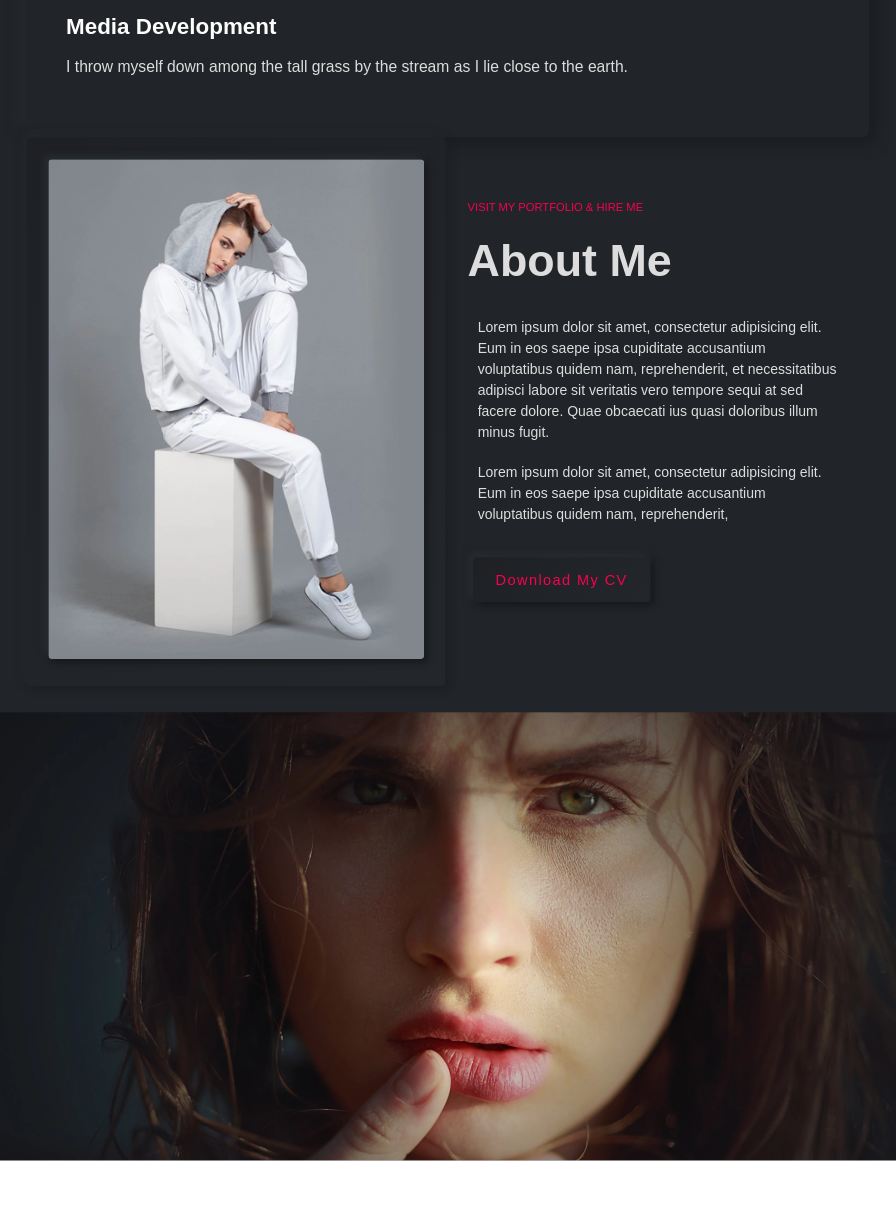
Repository: arminprogramme/inbio
Page: /
The author's editor kept a copy of each file at every save. The page is drawn from the files as they stood at one save, then again after the next save.
The browser window is 1280 px wide. The pictures show the part of the page from y = 1712 to 3632 px (the page is 3449 px tall before and 3632 px after), at 70% of full size.
Backgrounds fixed to the window are drawn as part of the page. Some web libraries are served in a nearby version. The project was rebuilt for these pictures with package versions that can differ from the ones it lists, and the page was loaded fresh each time. Also part of the build but not shown: vite.config.js.

Above is the page before, as saved 2023-10-20 04:42:35.

### index.html
<!doctype html>
<html lang="en">

<head>
    <meta charset="UTF-8" />
    <link rel="icon" type="image/svg+xml" href="/vite.svg" />
    <link rel="stylesheet" href="https://cdnjs.cloudflare.com/ajax/libs/font-awesome/4.7.0/css/font-awesome.min.css">
    <link href="https://cdnjs.cloudflare.com/ajax/libs/flowbite/1.8.1/flowbite.min.css" rel="stylesheet" />
    <meta name="viewport" content="width=device-width, initial-scale=1.0" />
    <title>Vite + React</title>
</head>

<body>
    <div id="root"></div>
    <script src="https://cdnjs.cloudflare.com/ajax/libs/flowbite/1.8.1/flowbite.min.js"></script>
    <script type="module" src="/src/main.jsx"></script>
</body>

</html>

### src/App.jsx
import   { Component } from 'react';
import LandingPage from './Component/LandingPage.jsx'
import './App.css'

class App extends Component {


  render() {
    return (
    <div>
      <LandingPage />
    </div>
    );
  }


}

export default App;

### src/index.css
:root {
    font-family: Inter, system-ui, Avenir, Helvetica, Arial, sans-serif;
}

a {
    font-weight: 500;
    color: #646cff;
    text-decoration: inherit;
}

* {
    padding: 0;
    margin: 0;
    box-sizing: border-box;
}

@tailwind base;
@tailwind components;
@tailwind utilities;
a:hover {
    color: #535bf2;
}

body {
    margin: 0;
    font-family: 'Vazir', sans-serif;
}

h1 {
    font-size: 3.2em;
    line-height: 1.1;
}

@media (prefers-color-scheme: light) {
     :root {
        color: #213547;
        background-color: #ffffff;
    }
    a:hover {
        color: #747bff;
    }
    button {
        background-color: #f9f9f9;
    }
}

### src/Component/LandingPage.jsx
import  { Component } from 'react';
import Header from './Header/Header.jsx'
import Body from './Body/Body.jsx'
//import Footer from './Footer/Footer.jsx'
class LandingPage extends Component {
    render() {
        return (
            <div>
                <Header/>
                <Body/>

            </div>
        );
    }
}

export default LandingPage;

### src/Component/Header/Header.jsx
import  { Component } from 'react';
import NavBar from './Navbar.jsx'
import './Header.css'
class Header extends Component {
    render() {
        return (
            <div>
                <NavBar/>
                <div className="banner-header text-center">
                    <h1 className='font-bold text-white'>KRISTINA SOMOLYER</h1>
                    <p>American Supermodel & Entrepreneur</p>
                </div>
            </div>
        );
    }
}

export default Header;

### src/Component/Body/Body.jsx
import  { Component } from 'react';
import Services from './Services/Services.jsx'
import About from './About/About.jsx'
import './Body.css'
class Body extends Component {
    render() {
        return (
            <>
            <div className='black-bg '>
                <div className="limit-width">
                    <Services/>
                    <About/>
                </div>
                <div className="girl-bg">

                </div>
            </div>
            </>
        );
    }
}

export default Body;

### src/Component/Header/Navbar.jsx
import  { Component } from 'react';

class Navbar extends Component {
    render() {
        return (
            <div>

<nav className=" black-bg">
  <div className="max-w-screen-xl flex flex-wrap items-center justify-between mx-auto p-6">
    <a href="https://.com/" className="flex items-center">
       <h2 className='text-white'>React Project</h2>
    </a>
    <button data-collapse-toggle="navbar-default" type="button"  className="inline-flex items-center p-2 w-10 h-10 justify-center text-sm text-white rounded-lg md:hidden " aria-controls="navbar-default" aria-expanded="false">
    <i className="fa fa-bars text-white"></i>

    </button>
    <div className="hidden w-full md:block md:w-auto" id="navbar-default">
      <ul className="font-medium flex flex-col p-4 md:p-0 mt-4 border border-gray-100 rounded-lg text-white md:flex-row md:space-x-8 md:mt-0 md:border-0 black-bg">
        <li>
          <a href="#" className="block py-2 pl-3 pr-4 text-white md:hover:text-gray-700 dark:text-white md:dark:hover:text-gray-500 rounded md:bg-transparent md:p-0 " aria-current="page">Home</a>
        </li>
        <li>
          <a href="#" className="block py-2 pl-3 pr-4 text-gray-900 rounded hover:bg-gray-100 md:hover:bg-transparent md:border-0 md:hover:text-gray-700 md:p-0 dark:text-white md:dark:hover:text-gray-500 dark:hover:bg-gray-700 dark:hover:text-white md:dark:hover:bg-transparent">About</a>
        </li>
        <li>
          <a href="#" className="block py-2 pl-3 pr-4 text-gray-900 rounded md:hover:text-gray-700 md:p-0 dark:text-white md:dark:hover:text-gray-500 dark:hover:bg-gray-700 dark:hover:text-white md:dark:hover:bg-transparent">Services</a>
        </li>
        <li>
          <a href="#" className="block py-2 pl-3 pr-4 text-gray-900 rounded hover:bg-gray-100 md:hover:bg-transparent md:border-0 md:hover:text-gray-700 md:p-0 dark:text-white md:dark:hover:text-gray-500 dark:hover:bg-gray-700 dark:hover:text-white md:dark:hover:bg-transparent">Pricing</a>
        </li>
        <li>
          <a href="#" className="block py-2 pl-3 pr-4 text-gray-900 rounded hover:bg-gray-100 md:hover:bg-transparent md:border-0md:hover:text-gray-700 md:p-0 dark:text-white md:dark:hover:text-gray-500 dark:hover:bg-gray-700 dark:hover:text-white md:dark:hover:bg-transparent">Contact</a>
        </li>
      </ul>
    </div>
  </div>
</nav>

            </div>
        );
    }
}

export default Navbar;

### src/Component/Header/Header.css
.black-bg {
    background-color: #212428;
}

.banner-header {
    background-image: url(../../../bg-image-12.webp);
    background-position: center;
    background-size: cover;
    padding: 20.25rem 0;
}

.banner-header h1 {
    letter-spacing: 6px;
    font-size: 3.2rem;
}

.banner-header p {
    letter-spacing: 6px;
    font-size: 1.2rem;
    padding: 2rem 0;
    color: #fff;
}

### src/Component/Body/Services/Services.jsx
import  { Component } from 'react';
import ServicesItem from './ServicesItem.jsx'
import './Services.css'
class Services extends Component {

    constructor(props){
        super(props)

        this.state = {
            services : [
                {id : 1 , icon : 'red-color fa fa-bars' , title : 'Web Development' , text : 'I throw myself down among the tall grass by the stream as I lie close to the earth.'},
                {id : 2 , icon : 'red-color fa fa-book' , title : 'App Development' , text : 'It uses a dictionary of over 200 Latin words, combined with a handful of model sentence.'},
                {id : 3 , icon : 'red-color fa fa-television' , title : 'Media Development' , text : 'I throw myself down among the tall grass by the stream as I lie close to the earth.'},
            ]
        }
    }
    render() {
        return (
            <div>
              <div className="grid  grid-cols-1 lg:grid-cols-3 gap-10">
              {this.state.services.map(services => {
                return <ServicesItem key={services.id} {...services} />
               })}
              </div>
            </div>
        );
    }
}

export default Services;

### src/Component/Body/About/About.jsx
import  { Component } from 'react';
import ButtonSpecial from '../Buttons/ButtonSpecial.jsx'
import   './About.css'
class About extends Component {

    constructor(props){
        super(props)

        this.state= {
            title : 'Download My CV'
        }
    }
    render() {
        return (
            <div>
                <div className="about-container my-52 grid grid-cols-1 lg:grid-cols-2 gap-2">
                    <div className="img-about">
                        <div className="inner-img-about">
                            <img src="about-5.webp" className='rounded' alt="" />
                        </div>
                    </div>
                    <div className="content-about">
                        <h5 className='red-color'>VISIT MY PORTFOLIO & HIRE ME</h5>
                        <h2>About Me</h2>
                        <p>Lorem ipsum dolor sit amet, consectetur adipisicing elit. Eum in eos saepe ipsa cupiditate accusantium voluptatibus quidem nam, reprehenderit, et necessitatibus adipisci labore sit veritatis vero tempore sequi at sed facere dolore. Quae obcaecati ius quasi doloribus illum minus fugit.</p>
                        <p>Lorem ipsum dolor sit amet, consectetur adipisicing elit. Eum in eos saepe ipsa cupiditate accusantium voluptatibus quidem nam, reprehenderit,</p>

                       <div className="mx-2 my-8 button-about">
                       <ButtonSpecial title={this.state.title}/>
                       </div>
                    </div>
                </div>
            </div>
        );
    }
}

export default About;

### src/Component/Body/Body.css
.limit-width {
    max-width: 1450px;
    padding: 6rem 3% 3%;
    margin: auto;
}

.girl-bg {
    background-image: url(../../../bg-image-8.webp);
    padding: 20em;
    background-attachment: fixed;
    background-size: cover;
    background-position: center;
    margin-bottom: 5rem;
}

### src/Component/Body/Services/ServicesItem.jsx
import { Component } from 'react';

class ServicesItem extends Component {
    render() {
        return (
            <div className='services-item'>
                <div className="icon-services">
                    <i className={this.props.icon}></i>
                </div>
                <div className="content-services">
                <h2 className='font-bold'>{this.props.title}</h2>
                <p>{this.props.text}</p>
                </div>
            </div>
        );
    }
}

export default ServicesItem;

### src/Component/Body/Services/Services.css
.icon-services i {
    font-size: 3rem;
}

.red-color {
    color: #f8024e;
}

.content-services {
    padding: 1.2rem 0;
    color: #FDFDFE;
}

.content-services h2 {
    font-size: 2rem;
    padding-bottom: 1rem;
}

.content-services p {
    line-height: 2.25rem;
    font-size: 1.4rem;
}

.services-item {
    border-radius: 12px;
    transition: 0.5s!important;
    padding: 4rem 3.5rem;
    background: #212428;
    box-shadow: 10px 10px 20px #1b1e21, -10px -10px 20px #272a2f;
    -webkit-transition: 0.5s!important;
    -moz-transition: 0.5s!important;
    -ms-transition: 0.5s!important;
    -o-transition: 0.5s!important;
    cursor: pointer;
}

.services-item:hover {
    border-radius: 12px;
    transform: translateY(-1.2rem);
    transition: 0.5s!important;
    background: linear-gradient(145deg, #23272b, #16171a);
    box-shadow: 10px 10px 13px #1b1e21, -10px -10px 13px #272a2f;
    -webkit-transition: 0.5s!important;
    -moz-transition: 0.5s!important;
    -ms-transition: 0.5s!important;
    -o-transition: 0.5s!important;
    -webkit-transform: translateY(-1.2rem);
    -moz-transform: translateY(-1.2rem);
    -ms-transform: translateY(-1.2rem);
    -o-transform: translateY(-1.2rem);
}

### src/Component/Body/Buttons/ButtonSpecial.jsx
import  { Component } from 'react';
import   './Buttons.css'
class ButtonSpecial extends Component {
    render() {
        return (
           <button className='sp-button red-color'>{this.props.title}</button>
        );
    }
}

export default ButtonSpecial;

### src/Component/Body/About/About.css
.img-about {
    padding: 1.9rem;
    border-radius: 5px;
    background: linear-gradient(145deg, #1e2024, #23272b);
    box-shadow: 5px 5px 10px #1d1f23, -5px -5px 10px #25292d;
    max-width: 100%;
}

.inner-img-about {
    border-radius: 10px;
    background: #212428;
    box-shadow: 5px 5px 10px #17191c, -5px -5px 10px #2b2f34;
    -webkit-border-radius: 10px;
    -moz-border-radius: 10px;
    -ms-border-radius: 10px;
    -o-border-radius: 10px;
    width: 100%;
    height: auto;
    border-radius: 5px;
    overflow: hidden;
}

.inner-img-about img {
    width: 100%;
    border-radius: 5px!important;
    -webkit-border-radius: 5px!important;
    -moz-border-radius: 5px!important;
    -ms-border-radius: 5px!important;
    transition: 0.5s ease;
    -o-border-radius: 5px!important;
}

.inner-img-about img:hover {
    transform: scale(1.1);
    /*zoomintheimageupto30%*/
    cursor: pointer;
    -webkit-transform: scale(1.1);
    -moz-transform: scale(1.1);
    -ms-transform: scale(1.1);
    -o-transform: scale(1.1);
}

.content-about {
    margin: 5.5rem 1.5rem;
}

.content-about h2,
p {
    color: #ddd;
}

.content-about h2 {
    font-size: 4rem;
    padding: 1rem 0;
    font-weight: bold;
}

.content-about p {
    font-size: 1.25rem;
    padding: 0.9rem;
}

### src/Component/Body/Buttons/Buttons.css
.sp-button {
    border-radius: 5px;
    background: linear-gradient(145deg, #1e2024, #23272b);
    box-shadow: 5px 5px 10px #17191c, -5px -5px 10px #2b2f34;
    padding: 1rem 2rem;
    font-size: 1.3rem;
    -webkit-border-radius: 5px;
    -moz-border-radius: 5px;
    letter-spacing: 2px;
    -ms-border-radius: 5px;
    transition: 0.3s;
    -o-border-radius: 5px;
    -webkit-transition: 0.3s;
    -moz-transition: 0.3s;
    -ms-transition: 0.3s;
    -o-transition: 0.3s;
}

.sp-button:hover {
    transition: 0.3s;
    border-radius: 5px;
    transform: translateY(-3px);
    background: linear-gradient(145deg, #23272b, #1e2024);
    box-shadow: 5px 5px 10px #17191c, -5px -5px 10px #2b2f34;
    -webkit-border-radius: 5px;
    -moz-border-radius: 5px;
    -ms-border-radius: 5px;
    -o-border-radius: 5px;
    -webkit-transition: 0.3s;
    -moz-transition: 0.3s;
    -ms-transition: 0.3s;
    -o-transition: 0.3s;
    -webkit-transform: translateY(-3px);
    -moz-transform: translateY(-3px);
    -ms-transform: translateY(-3px);
    -o-transform: translateY(-3px);
}

Loaded but not shown: src/main.jsx (common file); src/App.css (common file)

After the next save:
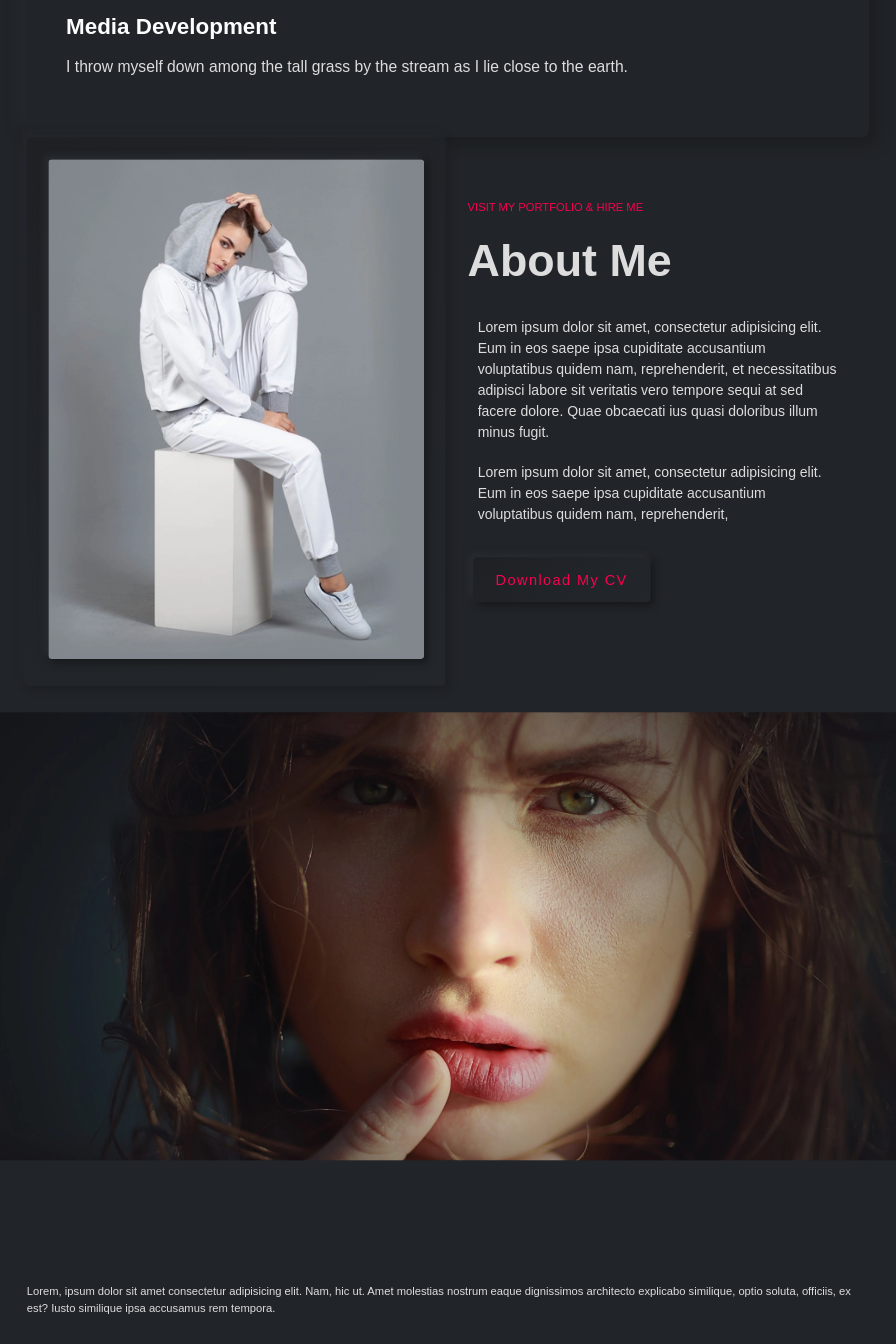
Saved 49 s later.
--- a/src/Component/Body/Body.jsx
+++ b/src/Component/Body/Body.jsx
@@ -12,7 +12,9 @@ class Body extends Component {
                     <About/>
                 </div>
                 <div className="girl-bg">
-
+                </div>
+                <div className="limit-width">
+                    <p>Lorem, ipsum dolor sit amet consectetur adipisicing elit. Nam, hic ut. Amet molestias nostrum eaque dignissimos architecto explicabo similique, optio soluta, officiis, ex est? Iusto similique ipsa accusamus rem tempora.</p>
                 </div>
             </div>
             </>
